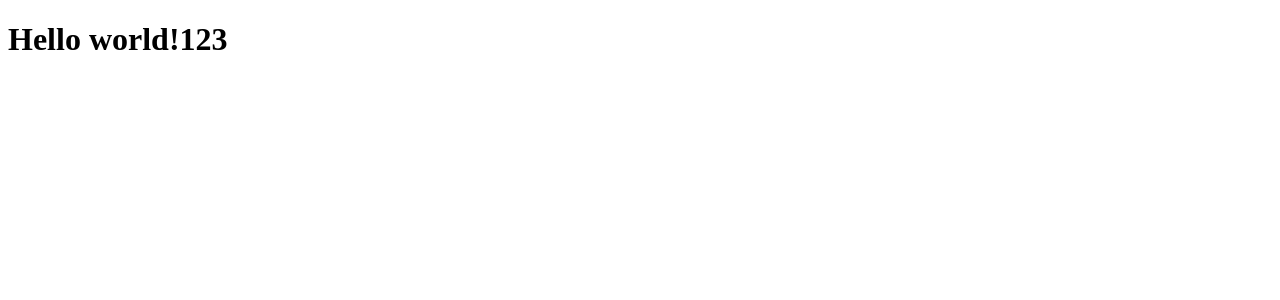
Repository: SimChengSeng/CCS6344_Group19_OnlineBookStoreAWS-main
Page: http://localhost/
The author's editor kept a record of every edit. The page is drawn from the files as they stood at one moment, then again after the next edit.
The browser window is 1280 px wide. The pictures show the whole page.
The page is served by the project's application, run on Flask 3 (CCS6344_Group19_OnlineBookStoreAWS-main/bookstore/app.py). Queries for data that is not in the repository find no rows.

Above is the page before.

After the next edit:
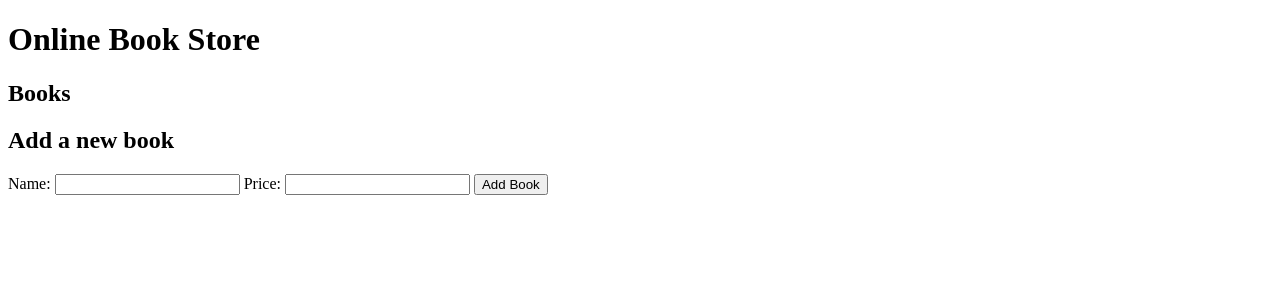
The edit:
--- a/environment/CCS6344_Group19_OnlineBookStoreAWS-main/bookstore/templates/index.html
+++ b/environment/CCS6344_Group19_OnlineBookStoreAWS-main/bookstore/templates/index.html
@@ -1,11 +1,30 @@
 <!DOCTYPE html>
-<html>
-    <head>
-        <meta charset="utf-8">
-        <title>Online Book Store</title>
-    </head>
-
-    <body>
-        <h1>Hello world!123</h1>
-    </body>
+<html lang="en">
+<head>
+    <meta charset="UTF-8">
+    <meta name="viewport" content="width=device-width, initial-scale=1.0">
+    <title>Book Store</title>
+</head>
+<body>
+    <h1>Online Book Store</h1>
+    <h2></h2>
+    <h2>Books</h2>
+    <ul>
+        {% for book in books %}
+        <li>{{ book[1] }} - ${{ book[2] }}
+            <form action="{{ url_for('delete_book', id=book[0]) }}" method="post" style="display:inline;">
+                <button type="submit">Delete</button>
+            </form>
+        </li>
+        {% endfor %}
+    </ul>
+    <h2>Add a new book</h2>
+    <form action="{{ url_for('add_book') }}" method="post">
+        <label for="name">Name:</label>
+        <input type="text" id="name" name="name" required>
+        <label for="price">Price:</label>
+        <input type="text" id="price" name="price" required>
+        <button type="submit">Add Book</button>
+    </form>
+</body>
 </html>
